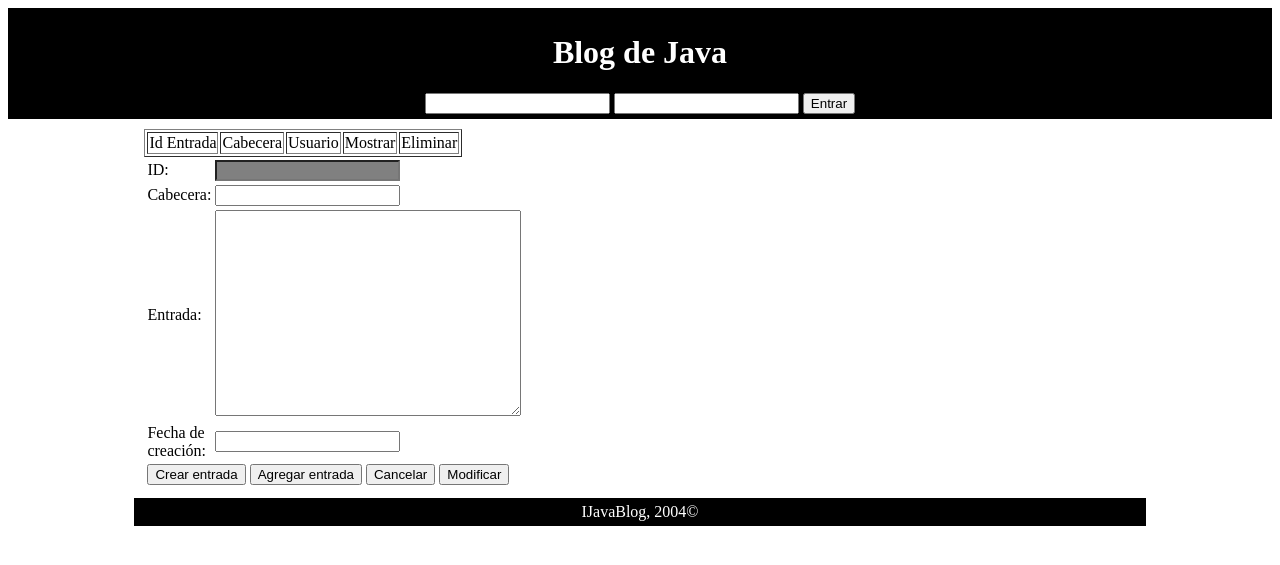
Repository: alruis/IJavaDreamBlog
Page: http://localhost/IJavaBlog/jsp/blog/inicio.jsp
The author's editor kept a copy of each file at every save. The page is drawn from the files as they stood at one save, then again after the next save.
The browser window is 1280 px wide. The pictures show the whole page.
The page is served by Tomcat 9. Nobody is signed in. The application's start-up code is not run. Other server files are loaded and not shown. The template is opened directly, without the code that normally fills it, so the values that code supplies are empty.

Above is the page before, as saved 2014-09-25 07:49:52.
Console error: ReferenceError: init is not defined

### IJavaBlog/WebContent/jsp/blog/inicio.jsp
<%@ page language="java" contentType="text/html; charset=UTF-8"
    pageEncoding="UTF-8"%>
     <%@page import="model.Entrada"%>
 <%@page import="java.util.List"%>
<%@ taglib prefix="c" uri="http://java.sun.com/jsp/jstl/core" %>
<%@ taglib prefix="form" uri="http://www.springframework.org/tags/form" %>
<!DOCTYPE html>
<html>
<head>
	<meta charset="UTF-8">
	<title>IJavaBlog</title>
	<!-- <link href="css/comun.css" rel="stylesheet" type="text/css" />  -->
	<!-- <link href="css/bootstrap.css" rel="stylesheet" type="text/css" />   -->


	<style type="text/css">



	td.entradas{
	text-align: left;
	}

	div.enlaces{
 	line-height:30px;
    background-color:#eeeeee;
    height:300px;
    width:100px;
    float:left;
    padding:5px;

	}
	div.entradas{
	width:350px;
    float:left;
    padding:10px;

	}

	div.cuerpo{
	text-align: left;
	<!--background-color: white; -->
	height: 100%;
	overflow:visible;
	width: 80%;
	margin-left: auto;
	margin-right: auto;
	}


	div.cabecera{
	 background-color:black;
    color:white;
    text-align:center;
    padding:5px;

	}

	div.pie{
	 background-color:black;
    color:white;
    clear:both;
    text-align:center;
   padding:5px;

	}




	</style>

	<script>

	const AGREGAR = 0;
		const MODIFICAR = 1;




		var confirmar = function() {
			var confirmado = confirm("Seguro que deseas eliminar la entrada?");
			return confirmado; // true o false
		};

		var guardar = function(op) {
			var form = document.forms.entradaForm;

			if (op == AGREGAR)
				form.action = "agregarEntrada.blog";
			else if (op == MODIFICAR)
				form.action = "modificarEntrada.blog";

			form.submit();
		};



	</script>


</head>
<body  onload="init()">


	<div id="cabecera" class="cabecera"><%@ include file="cabecera.jsp" %></div>

		<div id="errores">
		<c:forEach var="e" items="${errores}">
			${e}<br/>
		</c:forEach>

</div>
	<div id="body" class="cuerpo" >
	<div id="entradas" class="entradas" >
		<table id="tablaEntradas" border="1">


		<tbody id="tbodyEntradas" >
		<thead>
		<tr><td>Id Entrada</td>
		<td>Cabecera</td>
		<td>Usuario</td>
	<td>Mostrar</td>
		<td>Eliminar</td></tr>

		</thead>
		<%
			// Obteniendo personas que son enviadas desde el Controlador
			List<Entrada> entradas = (List<Entrada>)
			request.getAttribute("entradas");

			if (entradas != null) {
				int num = 1;
				for (Entrada ent : entradas) {
		%>

					<tr>

						<td><%= ent.getIdEntrada() %></td>
						<td><%= ent.getCabeceraEntrada() %></td>
						<td>Creada por el usuario: <%= ent.getIdusuario() %></td>
						<td><a href="mostrar.blog?idEntrada=<%= ent.getIdEntrada() %>"> Mostrar	</a>
						</td>
						<td><a
								href="eliminar.blog?idEntrada=<%= ent.getIdEntrada() %>"
								onclick="return confirmar()" >Eliminar
							</a>
						</td>
					</tr>

		<%
				}
			}
		%>
		</tbody>
	</table>


	<!--   <h1>Crear entrada</h1> -->
	<form:form action="agregarEntrada.blog" commandName="entradaForm" method="post">
		<table>
		<tr>
				<td>ID:</td>
				<td><form:input path="idEntrada" readonly="true" cssStyle="background-color: gray;color:white;"/> </td>
			</tr>
			<tr>
				<td>Cabecera:</td>
				<td><form:input path="cabeceraEntrada"/> </td>
			</tr>
			<tr>
				<td>Entrada:</td>
				<td><form:textarea cssStyle="width:300px;height:200px" path="entrada" /> </td>
			</tr>

			<tr>
				<td>Fecha de creación:</td>
				<td><form:input path="fechaCreacion"/> </td>
			</tr>
			<tr>
				<td colspan="2">
					<input type="submit" value="Crear entrada"/>
					<input type="button" value="Agregar entrada" onclick="guardar(AGREGAR)"/>
				<input type="button" value="Cancelar" onclick="window.location.href='inicio.blog'"/>
				<input type="button" value="Modificar" onclick="guardar(MODIFICAR)"/>
				</td>
			</tr>
		</table>
	</form:form>
	</div>

	<div class="pie">
	<%@ include file="pie.jsp" %>
	</div>

</body>
</html>

### IJavaBlog/WebContent/jsp/blog/cabecera.jsp
<%@ page language="java" contentType="text/html; charset=UTF-8"
    pageEncoding="UTF-8"%>
<%@ taglib prefix="c" uri="http://java.sun.com/jsp/jstl/core" %>

<!--  <link href="css/cabecera.css" rel="stylesheet" type="text/css" /> -->
<div id="cabecera">
	<form action="autenticar.blog" method="post">
	<div onclick="javascript:location.href='index.blog'"><h1>Blog de Java</h1></div>
	<div>
		<c:choose>
			<c:when test="${empty sessionScope.usuario}">
				<input type="text" name="correo" />
				<input type="text" name="clave" />
				<input type="submit" value="Entrar" />
			</c:when>
			<c:otherwise>
			<span style="text-align: right;">
				Bienvenido, ${sessionScope.usuario.correo }
				<a href="cerrarSesion.blog">Cerrar sesión</a>
			</span>
			</c:otherwise>
		</c:choose>
	</div>
	</form>
</div>

### IJavaBlog/WebContent/jsp/blog/pie.jsp
<%@ page language="java" contentType="text/html; charset=UTF-8"
    pageEncoding="UTF-8"%>
<div id="pie">
	IJavaBlog, 2004&copy;
</div>

After the next save:
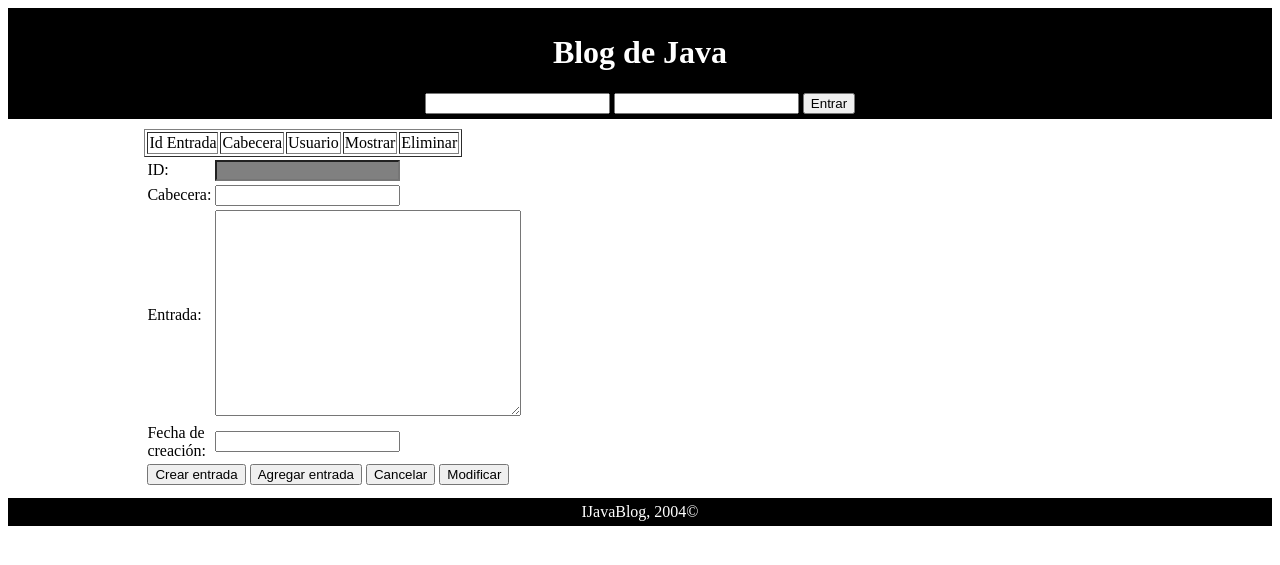
Saved 61 s later.
--- a/IJavaBlog/WebContent/jsp/blog/inicio.jsp
+++ b/IJavaBlog/WebContent/jsp/blog/inicio.jsp
@@ -187,7 +187,8 @@
 			</tr>
 		</table>
 	</form:form>
-	</div>
+	</div> <!--  Cierre de div de entradas -->
+	</div> <!--  Cierre de div de body -->
 
 	<div class="pie">
 	<%@ include file="pie.jsp" %>
